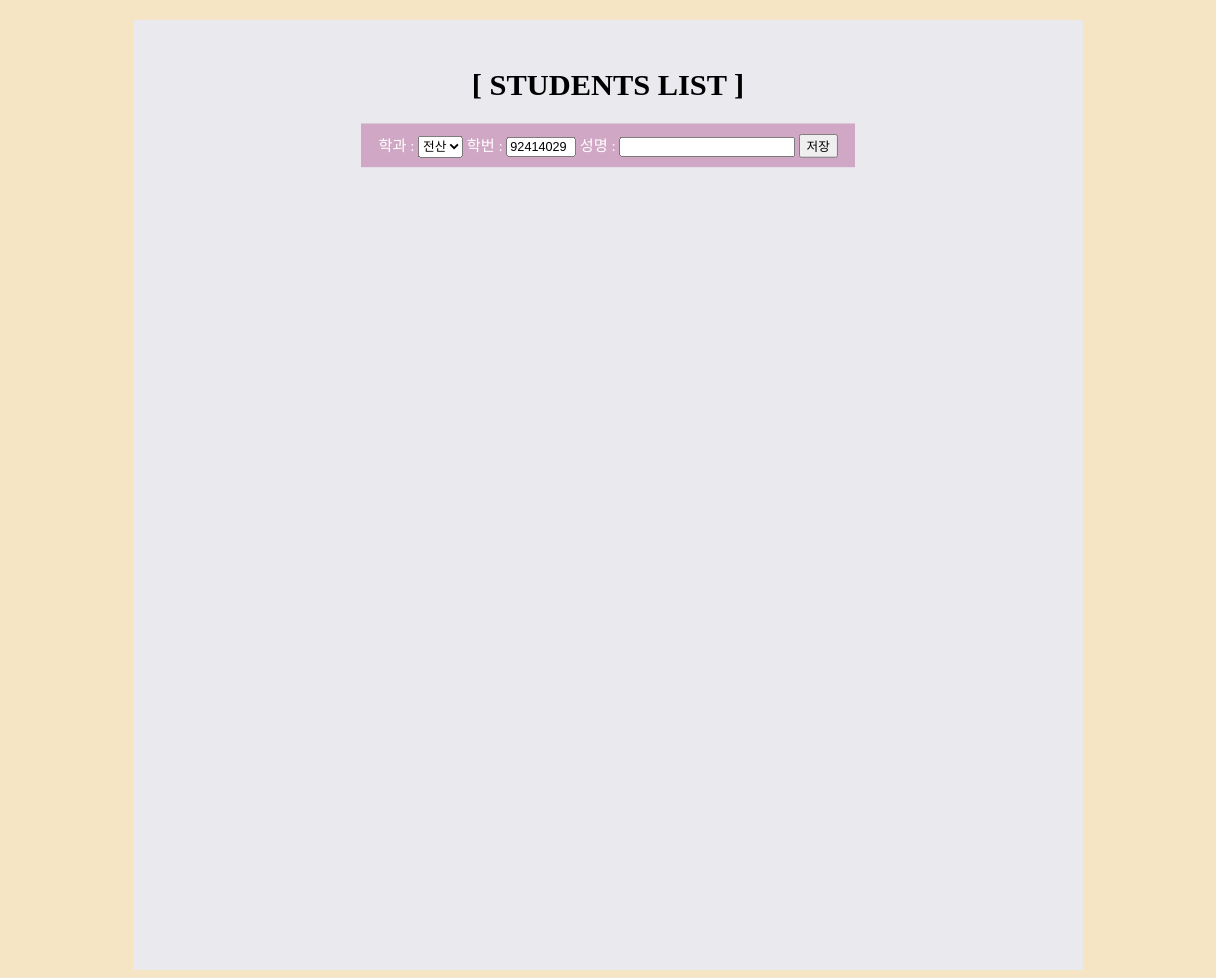
Repository: eeul07/html
Page: ex0508/WebContent/WEB-INF/students/slist.html
These files come from the project's save history. The page is drawn as it stood at one moment and after the next save; the edit follows.
The browser window is 1280 px wide. The pictures show the whole page, at 95% of full size.
Some web libraries are served in a nearby version.

Above is the page before, as saved 2020-05-08 01:13:51.

### ex0508/WebContent/WEB-INF/students/slist.html
<!DOCTYPE html>
<html>
<head>
	<meta charset="UTF-8">
	<title>학생관리</title>
	<script src="http://code.jquery.com/jquery-1.9.1.js"></script>
	<script src="https://cdnjs.cloudflare.com/ajax/libs/handlebars.js/3.0.1/handlebars.js"></script>
	<style>
		body{background:#F5E5C5;}
		#page{background:#E9E9EE; width:1000px; height:1000px; margin:auto;}
		h1{text-align:center; padding-top:50px;}
		select{height:23px;}
		#students{background:#D0A8C5; color:white; width:500px; padding:10px; margin:auto;
				text-align:center;}
		#tbl{margin:auto; width:500px;}
		.row{border:1px solid }
	</style>
</head>
<body>
	<div id="page">
		<h1>[ STUDENTS LIST ]</h1>
		<div id="students">
			학과 : <select id="dept">
				<option>전산</option>
				<option>전자</option>
				<option>건축</option>
				</select>
			학번 : <input type="text" id="scode" maxlength=8 size=6 value="92414029">
			성명 : <input type="text" id="sname">
			<input type="button" id="btnSave" value="저장">
		</div>
		<table id="tbl" border=1 width=500></table>
		<script id="temp" type="text/x-handlebars-template">
			{{#each array}}
				<tr class=row>
					<td><input type="checkbox" class="chk"></td>
					<td class=scode>{{scode}}</td>
					<td>{{sname}}</td>
					<td>{{dept}}</td>
					<td><button>삭제</button></td>
				</tr>
			{{/each}}
		</script>
	</div>
</body>
<script>
	$("#tbl").hide();
	var scode;
	var sname;
	var dept;

	$("#btnSave").on("click", function(){
		if(!confirm("학생을 등록하시겠습니까?")) return;
		scode=$("#scode").val();
		sname=$("#sname").val();
		dept=$("#dept").val();

		$.ajax({
			type:"post",
			url:"sinsert.jsp",
			data:{"scode":scode, "sname":sname, "dept":dept},
			dataType:"json",
			success:function(data){
				if(data.cnt==1){
					alert("이미 존재하는 학생입니다.")
				}
				var temp=Handlebars.compile($("#temp").html());
				$("#tbl").html(temp(data));
			}
		});
		$("#tbl").show();
	});
</script>
</html>

After the next save:
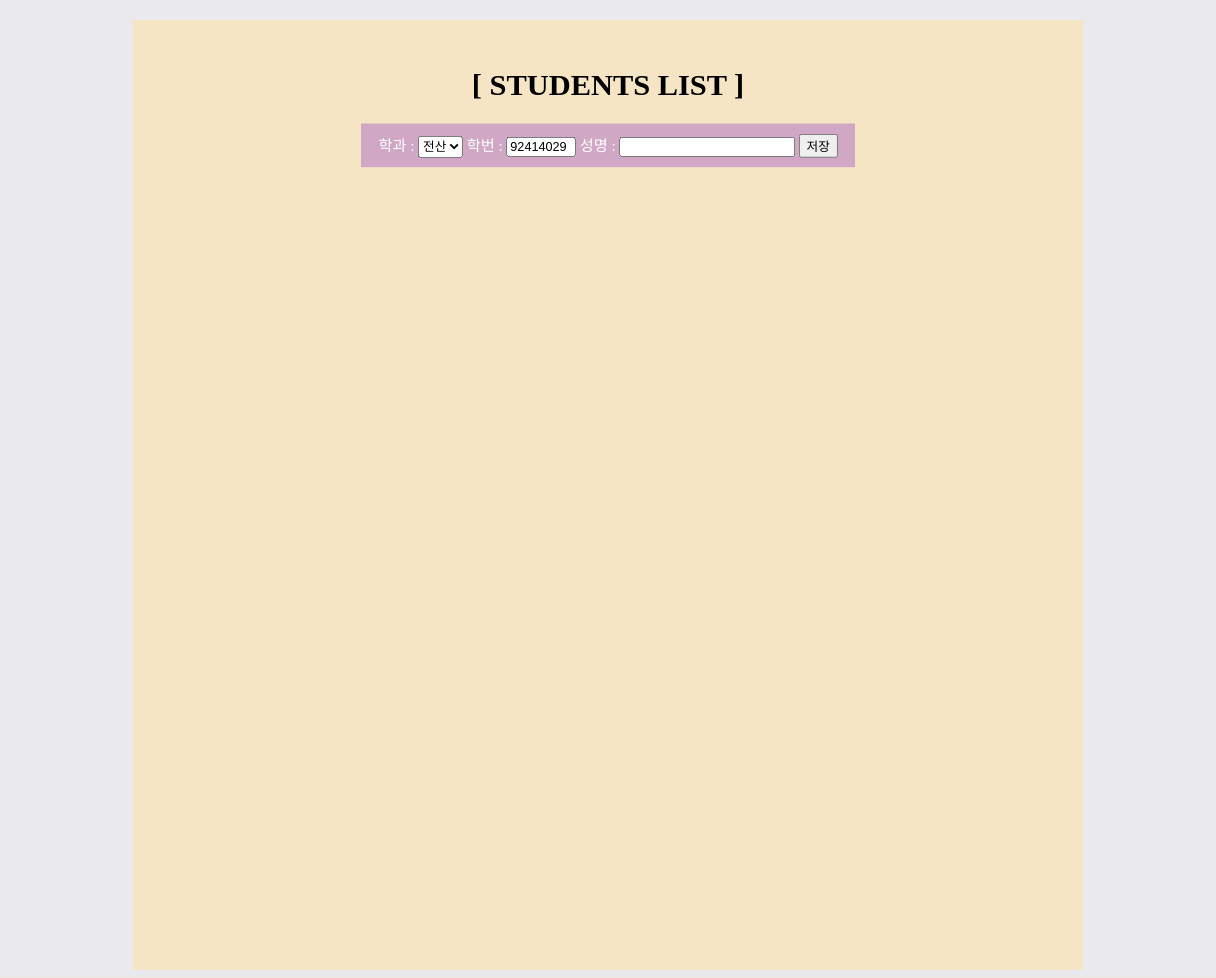
Saved 29 s later.
--- a/ex0508/WebContent/WEB-INF/students/slist.html
+++ b/ex0508/WebContent/WEB-INF/students/slist.html
@@ -6,8 +6,8 @@
 	<script src="http://code.jquery.com/jquery-1.9.1.js"></script>
 	<script src="https://cdnjs.cloudflare.com/ajax/libs/handlebars.js/3.0.1/handlebars.js"></script>
 	<style>
-		body{background:#F5E5C5;}
-		#page{background:#E9E9EE; width:1000px; height:1000px; margin:auto;}
+		body{background:#E9E9EE}
+		#page{background:#F5E5C5; width:1000px; height:1000px; margin:auto;}
 		h1{text-align:center; padding-top:50px;}
 		select{height:23px;}
 		#students{background:#D0A8C5; color:white; width:500px; padding:10px; margin:auto;

After the save that followed:
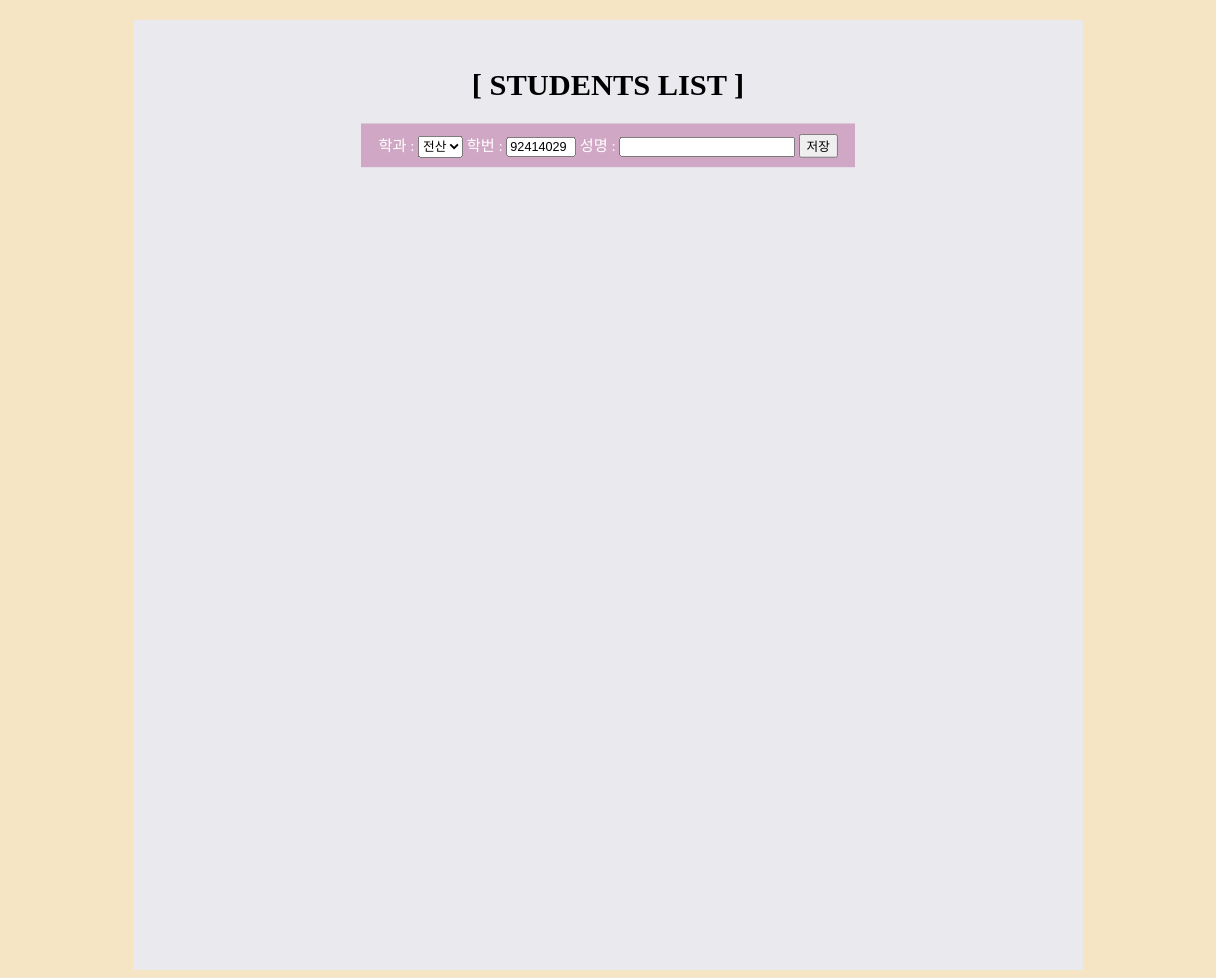
Saved 11 s later.
--- a/ex0508/WebContent/WEB-INF/students/slist.html
+++ b/ex0508/WebContent/WEB-INF/students/slist.html
@@ -6,8 +6,8 @@
 	<script src="http://code.jquery.com/jquery-1.9.1.js"></script>
 	<script src="https://cdnjs.cloudflare.com/ajax/libs/handlebars.js/3.0.1/handlebars.js"></script>
 	<style>
-		body{background:#E9E9EE}
-		#page{background:#F5E5C5; width:1000px; height:1000px; margin:auto;}
+		body{background:#F5E5C5;}
+		#page{background:#E9E9EE; width:1000px; height:1000px; margin:auto;}
 		h1{text-align:center; padding-top:50px;}
 		select{height:23px;}
 		#students{background:#D0A8C5; color:white; width:500px; padding:10px; margin:auto;
